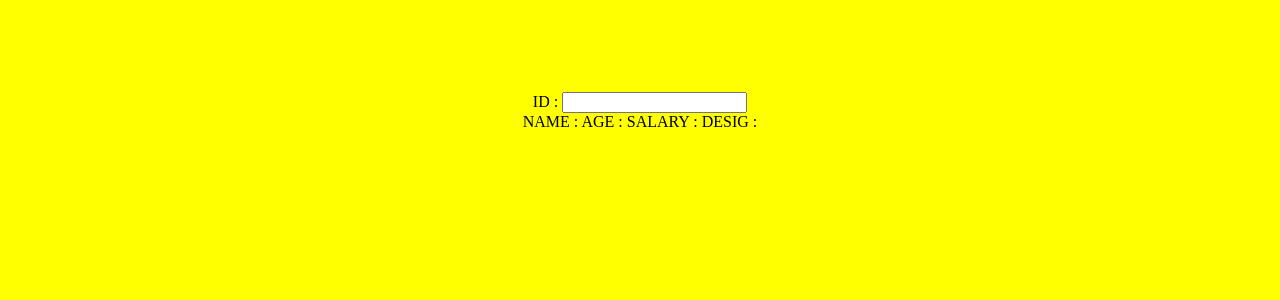
Repository: Thaneshwara848/MyHibernate
Page: ServlerDemo1/src/main/webapp/Register.html
These files come from the project's save history. The page is drawn as it stood at one moment and after the next save; the edit follows.
The browser window is 1280 px wide. The pictures show the whole page.

Above is the page before, as saved 2022-11-02 17:04:00.

After the next save:
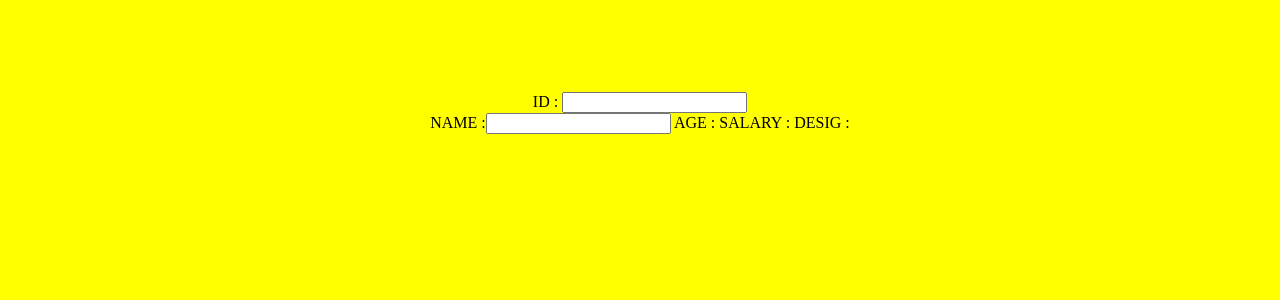
Saved 19 s later.
--- a/ServlerDemo1/src/main/webapp/Register.html
+++ b/ServlerDemo1/src/main/webapp/Register.html
@@ -11,7 +11,7 @@
 	<center>
 		<form action="">
 		ID : <input type="text" name="uid"><br>
-		NAME :
+		NAME :<input type="text" name="uname">
 		AGE :
 		SALARY  :
 		DESIG :
